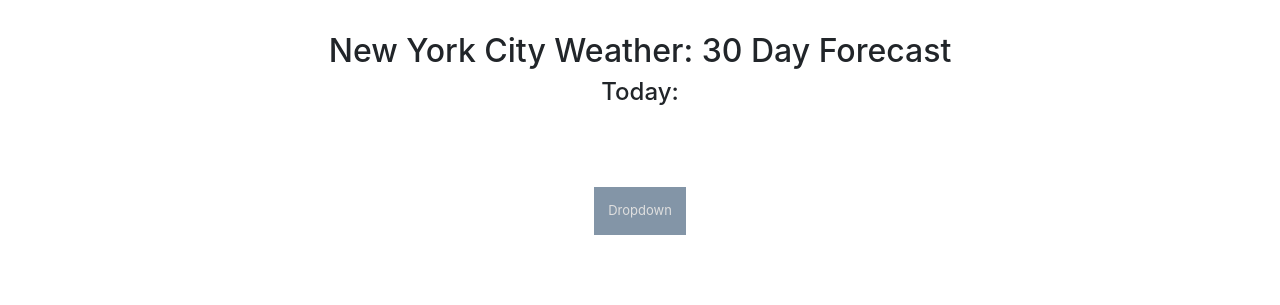
Repository: m0llyc00k/web-advanced
Page: NYC_weather_midterm/index_MC.html
The author's editor kept a record of every edit. The page is drawn from the files as they stood at one moment, then again after the next edit.
The browser window is 1280 px wide. The pictures show the whole page.
Some web fonts or font styles are not loaded; a fallback is used.

Above is the page before.
Console error: TypeError: Cannot read properties of null (reading 'addEventListener')

After the next edit:
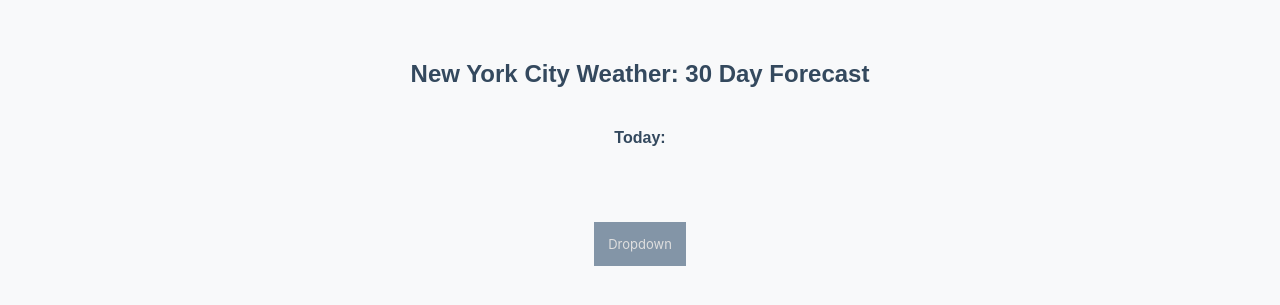
The edit:
--- a/NYC_weather_midterm/index_MC.html
+++ b/NYC_weather_midterm/index_MC.html
@@ -3,7 +3,6 @@
 
 <head>
     <link rel="stylesheet" href="./styles_MC.css" type="text/css">
-    <link rel="stylesheet" href="https://cdn.jsdelivr.net/npm/bootstrap@4.3.1/dist/css/bootstrap.min.css" integrity="sha384-ggOyR0iXCbMQv3Xipma34MD+dH/1fQ784/j6cY/iJTQUOhcWr7x9JvoRxT2MZw1T" crossorigin="anonymous">
 
     </link>
 
